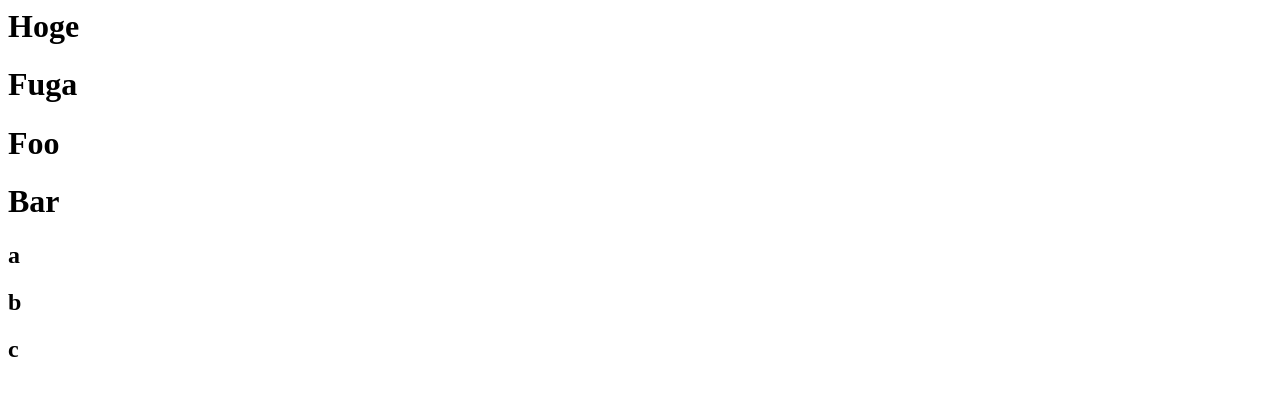
Repository: YN-program/samurai_HTML-CSS
Page: New Folder/Untitled1.html
The author's editor kept a record of every edit. The page is drawn from the files as they stood at one moment, then again after the next edit.
The browser window is 1280 px wide. The pictures show the whole page.

Above is the page before.

After the next edit:
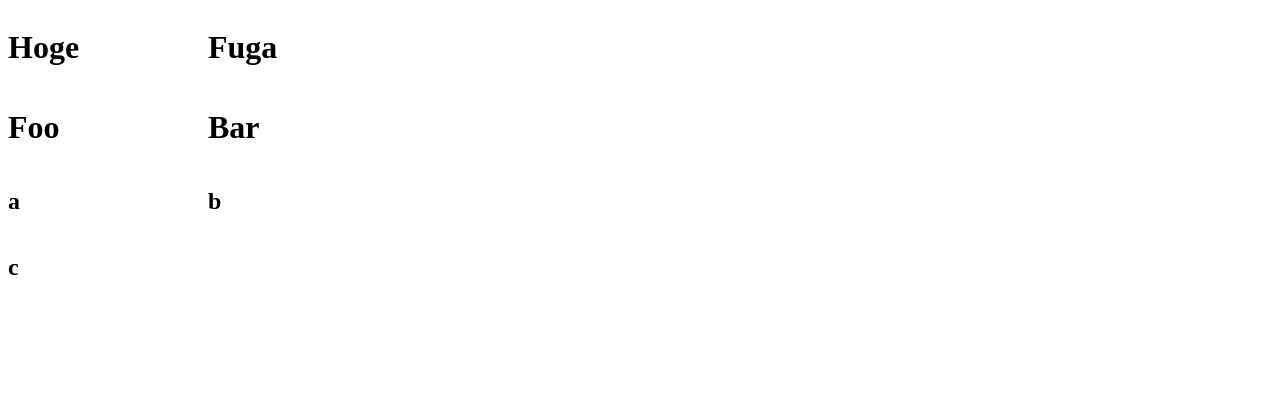
The edit:
--- a/New Folder/Untitled1.html
+++ b/New Folder/Untitled1.html
@@ -8,7 +8,7 @@
         </style>
     </head>
     <body>
-        <div id="stretch">
+        <div id="grid">
             <h1>Hoge</h1>
             <h1>Fuga</h1>
             <h1>Foo</h1>
